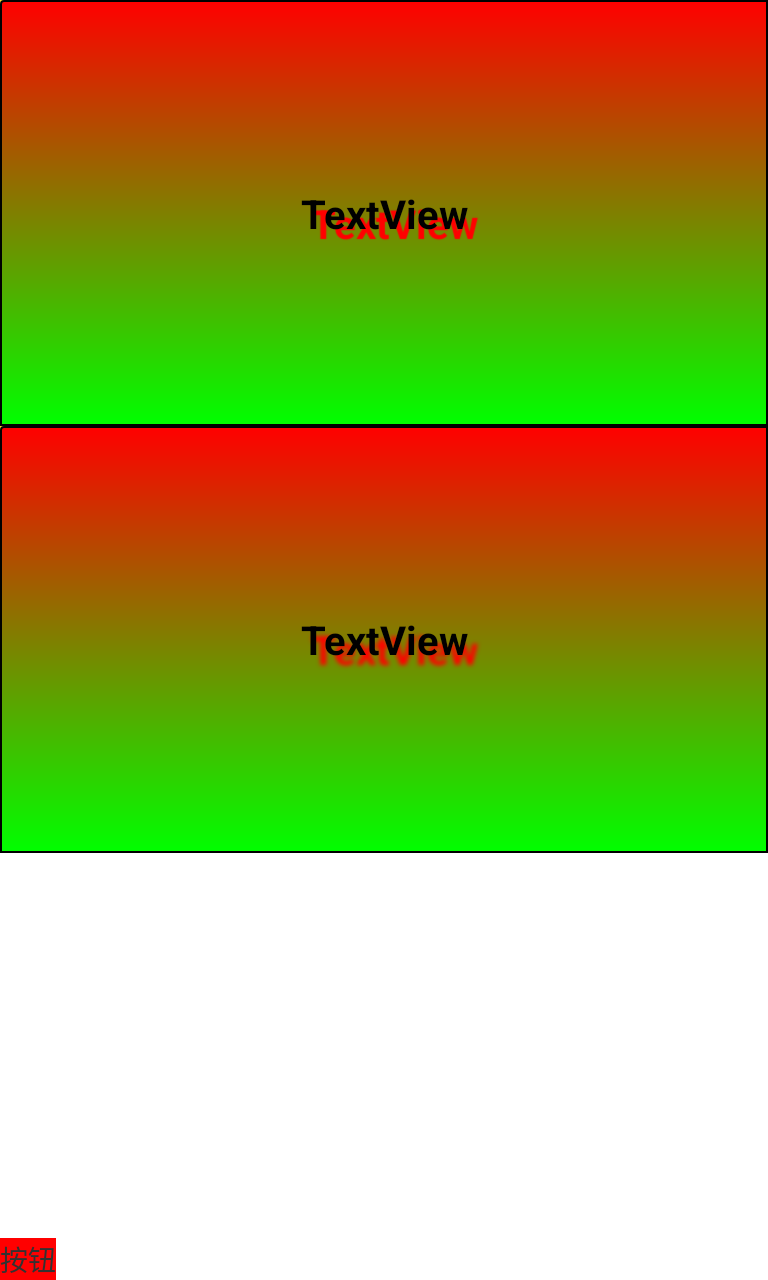
Repository: yhtaphp/yhtqgit
Layout: android/TextView/res/layout/activity_main.xml
These files come from the project's save history. The layout is drawn as it stood at one moment and after the next save; the edit follows.
It is drawn on a 768 x 1280 px phone screen (xhdpi) without system bars, with theme AppTheme; the app's code is not run.

Above is the layout before, as saved 2016-09-11 13:44:57.

After the next save:
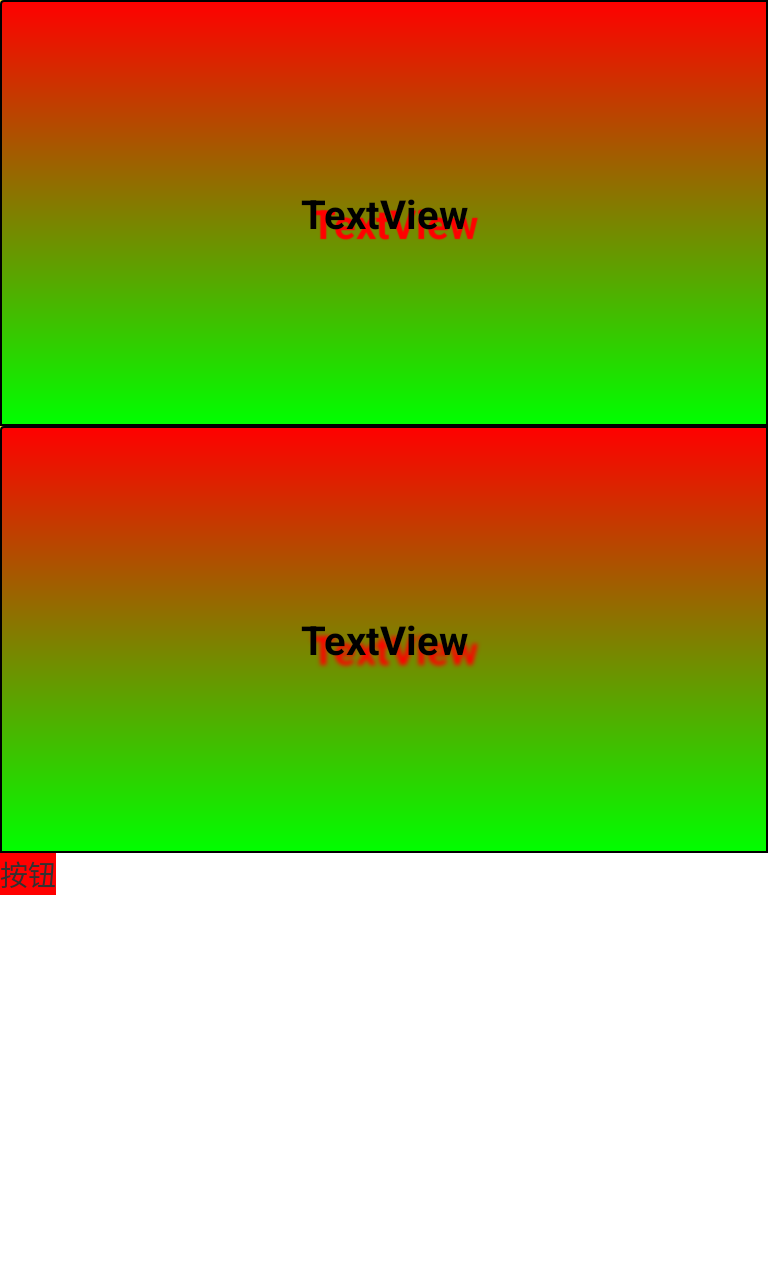
Saved 34 s later.
--- a/android/TextView/res/layout/activity_main.xml
+++ b/android/TextView/res/layout/activity_main.xml
@@ -46,7 +46,7 @@
        <TextView
             android:layout_width="wrap_content"
             android:layout_height="wrap_content"
-            android:layout_gravity="bottom|center"
+            android:layout_gravity="center_horizontal"
             android:background="#f00"
             android:text="按钮"/>
    </LinearLayout>
